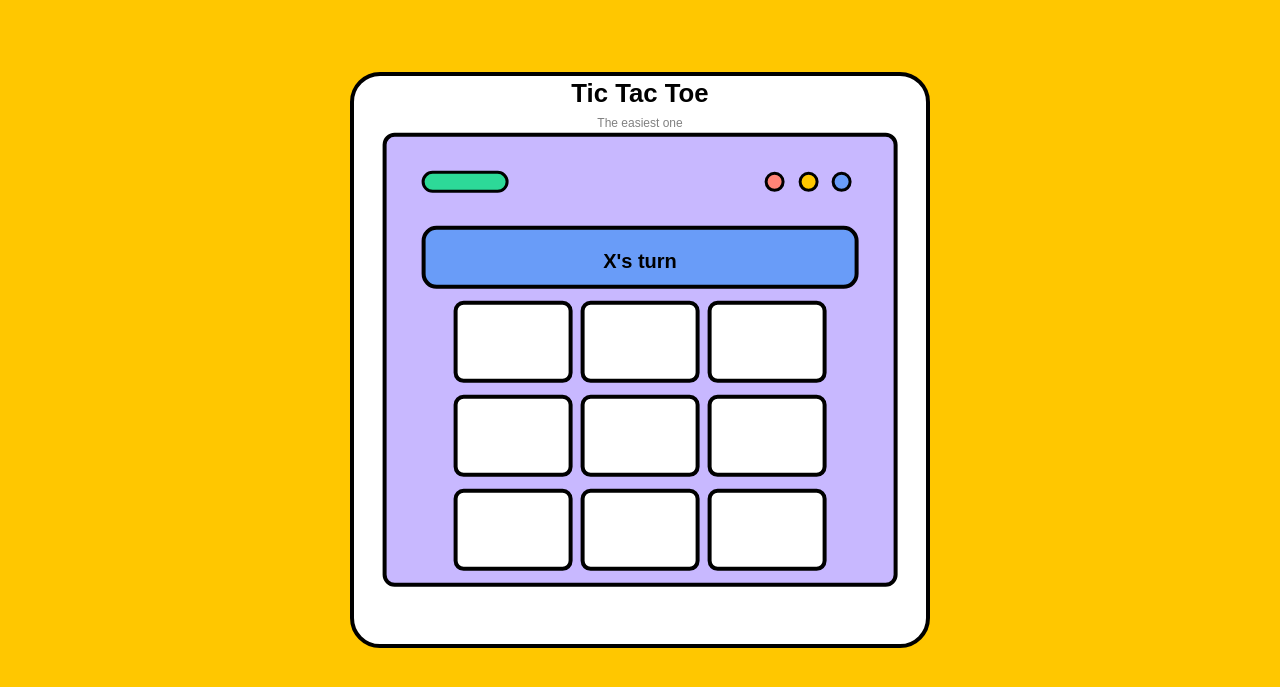
Repository: ThisIsSahaj/Js-Projects
Page: TIcTacToe/index.html
An editor plug-in stored every save of this project. The page is shown before and after the next save, followed by the edit.
The browser window is 1280 px wide. The pictures show the whole page.

Above is the page before, as saved 2024-05-04 11:28:02.

After the next save:
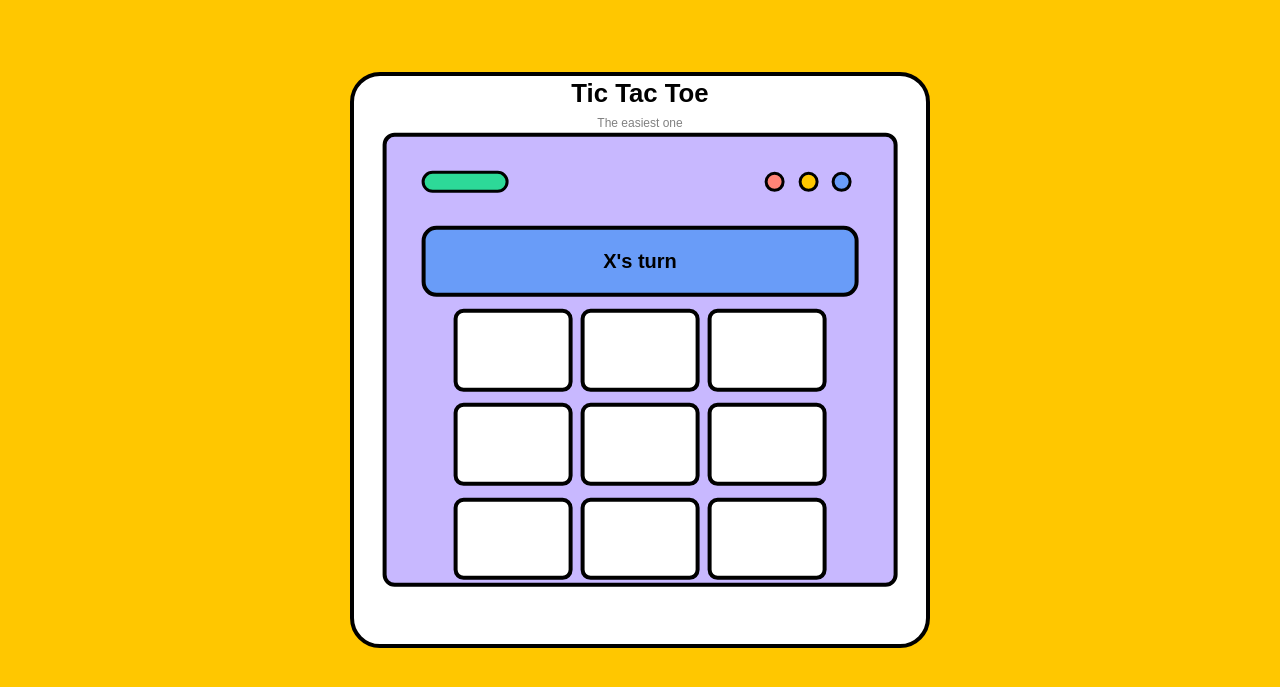
Saved 9 s later.
--- a/TIcTacToe/index.html
+++ b/TIcTacToe/index.html
@@ -38,7 +38,7 @@
 
                 </div>
 
-                <div class="inputDiv">
+                <div class="displayDiv">
                       <p class="display"></p>
                 </div>
 

After the save that followed:
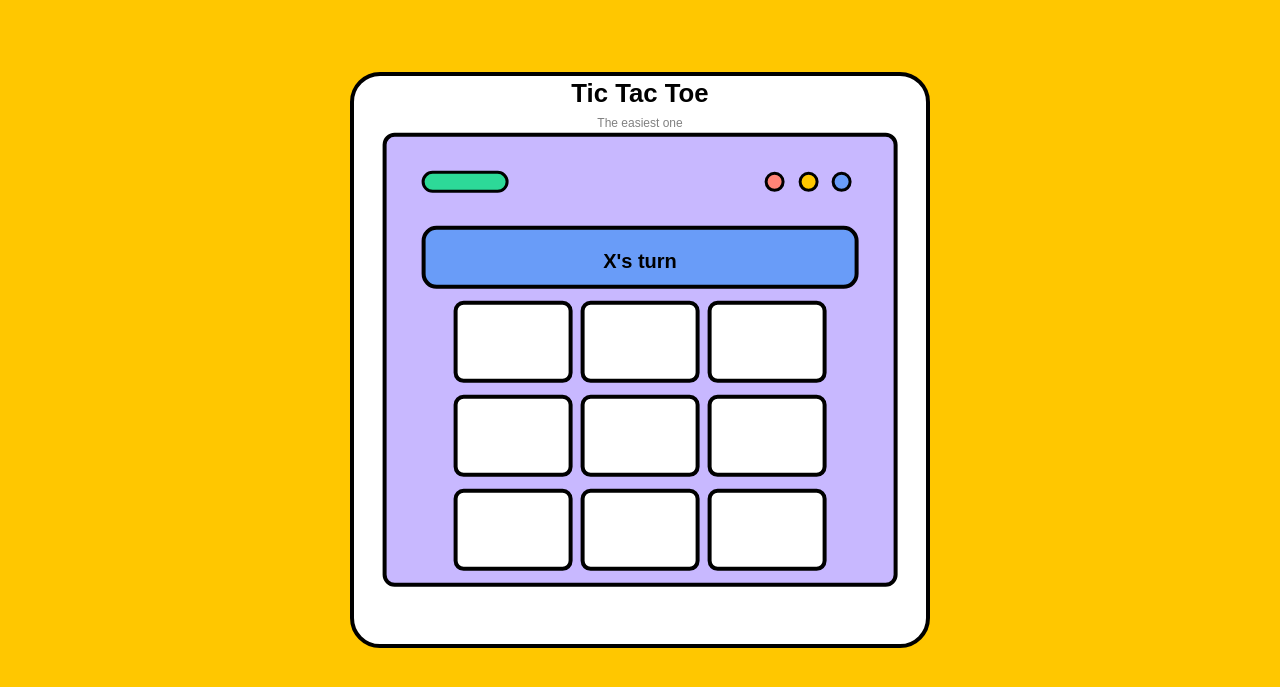
Saved 7 s later.
--- a/TIcTacToe/style.css
+++ b/TIcTacToe/style.css
@@ -142,7 +142,7 @@ html{
 
 /* INPUT FIELD */
 
-.inputDiv{
+.displayDiv{
     /* border: 2px solid green; */
     height: 14%;
 }
